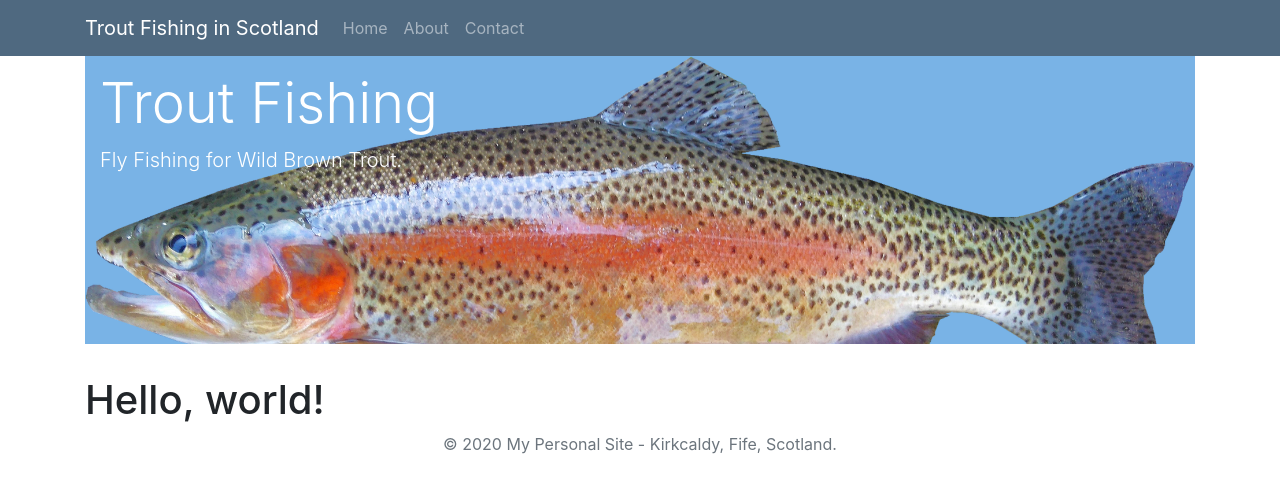
Repository: adrian9211/College_project
Page: about.html
The author's editor kept a copy of each file at every save. The page is drawn from the files as they stood at one save, then again after the next save.
The browser window is 1280 px wide. The pictures show the whole page.

Above is the page before, as saved 2020-11-04 08:13:59.

### about.html
<!doctype html>
<html lang="en">
  <head>
    <!-- Required meta tags -->
    <meta charset="utf-8">
    <meta name="viewport" content="width=device-width, initial-scale=1, shrink-to-fit=no">

    <!-- Bootstrap CSS -->
    <link rel="stylesheet" href="https://cdn.jsdelivr.net/npm/bootstrap@4.5.3/dist/css/bootstrap.min.css" integrity="sha384-TX8t27EcRE3e/ihU7zmQxVncDAy5uIKz4rEkgIXeMed4M0jlfIDPvg6uqKI2xXr2" crossorigin="anonymous">
    <link rel="stylesheet" href="css/style.css">

    <title>Trout fishing in Scotland</title>
  </head>
  <body>
       <!-- Navigation  bar start -->
       <nav class="navbar navbar-expand-sm navbar-dark sticky-top" role="navigation" id="navbar2" style="background-color: #4F6980;">
        <div class="container">
          <a href="index.html"><span class="navbar-brand">Trout Fishing in Scotland</span></a>
          <button class="navbar-toggler" data-toggle="collapse" data-target="#collapse_target">
            <span class="navbar-toggler-icon"></span>
          </button>
          <div class="collapse navbar-collapse" id="collapse_target">
          <ul class="navbar-nav " >
            <li class="nav-item ">
              <a class="nav-link " href="index.html">Home </a>
            </li>
            <li class="nav-item active` ">
              <a class="nav-link " href="about.html">About</a>
            </li>
            <li class="nav-item ">
              <a class="nav-link " href="contact.html">Contact</a>
            </li>
          </ul>
        </div>
      </div>
      </nav>
      <!-- Navigation  bar end -->
      <!-- Jumbotron start -->
      <div class="container">
        <div class="jumbotron jumbotron-fluid">
            <div class="container alt">
              <h1 class="display-4">Trout Fishing</h1>
              <p class="lead">Fly Fishing for Wild Brown Trout.</p>
            </div>
        </div>
      <!-- Jumbotron end -->
        <h1>Hello, world!</h1>

    </div>

    <footer class="footer text-center">
      <div class="container">
      <span class="text-muted">&copy; 2020 My Personal Site - Kirkcaldy, Fife, Scotland.</span>
      </div>
     </footer>

    <!-- Scripts for bootstrap -->
    <script src="https://code.jquery.com/jquery-3.5.1.slim.min.js" integrity="sha384-DfXdz2htPH0lsSSs5nCTpuj/zy4C+OGpamoFVy38MVBnE+IbbVYUew+OrCXaRkfj" crossorigin="anonymous"></script>
    <script src="https://cdn.jsdelivr.net/npm/bootstrap@4.5.3/dist/js/bootstrap.bundle.min.js" integrity="sha384-ho+j7jyWK8fNQe+A12Hb8AhRq26LrZ/JpcUGGOn+Y7RsweNrtN/tE3MoK7ZeZDyx" crossorigin="anonymous"></script>
  </body>
</html>

### css/style.css
.jumbotron {
    background-image: url("../img/trout.png");
    background-color: #79b3e6;
    background-size: cover;
    height: 40vh;
}

.alt h1, p {
    position: relative;
    top: -50px;
    color: #fff;
}

.navbar-text {
    font-size: 1.5rem;
    padding-right: 100px;
}

After the next save:
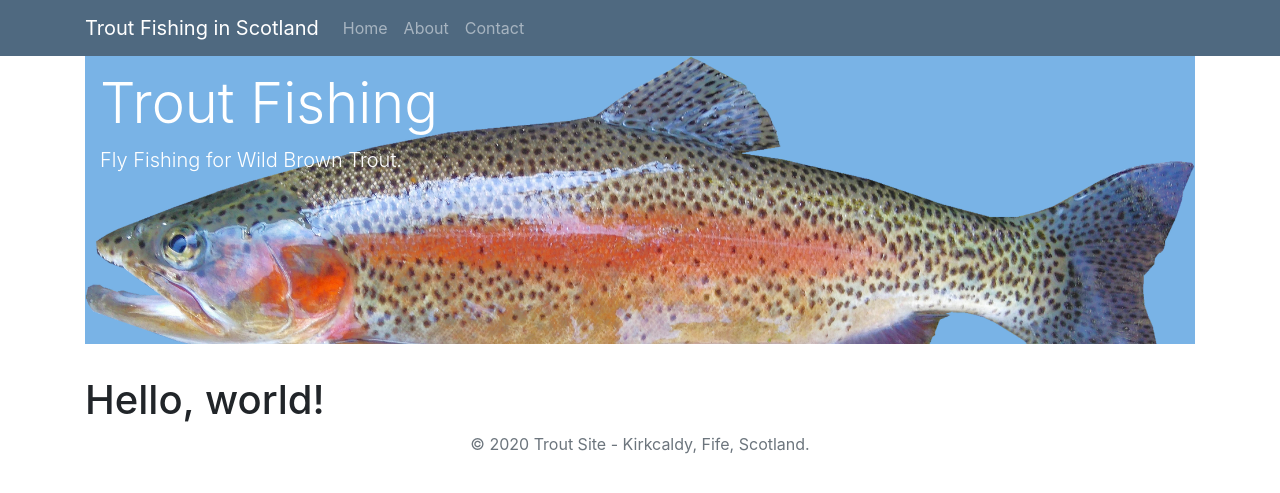
Saved 24 s later.
--- a/about.html
+++ b/about.html
@@ -50,7 +50,7 @@
 
     <footer class="footer text-center">
       <div class="container">
-      <span class="text-muted">&copy; 2020 My Personal Site - Kirkcaldy, Fife, Scotland.</span>
+      <span class="text-muted">&copy; 2020 Trout Site - Kirkcaldy, Fife, Scotland.</span>
       </div>
      </footer>
 
